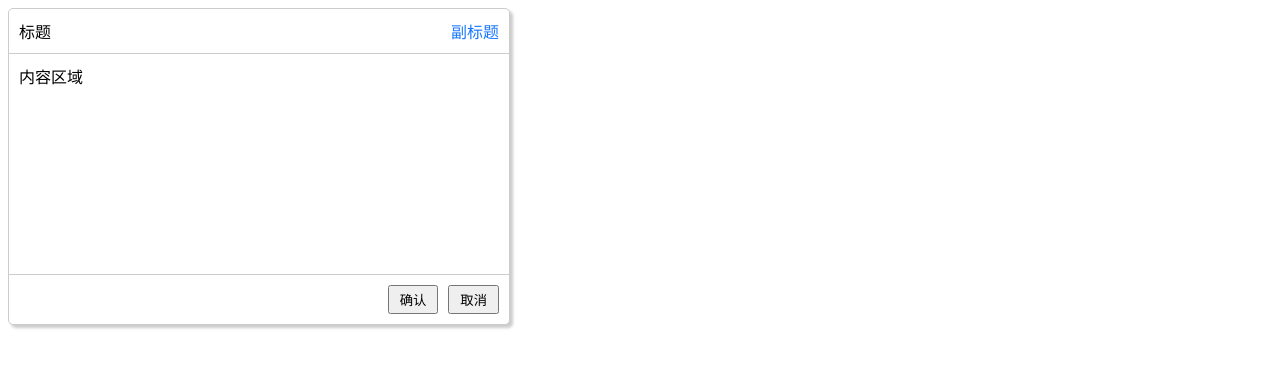
Repository: EDMZJJJ/learn-react
Page: /
The author's editor kept a copy of each file at every save. The page is drawn from the files as they stood at one save, then again after the next save.
The browser window is 1280 px wide. The pictures show the whole page.
The project was rebuilt for these pictures with package versions that can differ from the ones it lists, and the page was loaded fresh each time. Also part of the build but not shown: vite.config.ts.

Above is the page before, as saved 2026-03-10 22:35:56.

### index.html
<!doctype html>
<html lang="en">
  <head>
    <meta charset="UTF-8" />
    <link rel="icon" type="image/svg+xml" href="/vite.svg" />
    <meta name="viewport" content="width=device-width, initial-scale=1.0" />
    <title>learn-react</title>
  </head>
  <body>
    <div id="root"></div>
    <script type="module" src="/src/main.tsx"></script>
  </body>
</html>

### src/main.tsx
import { StrictMode } from 'react'
import { createRoot } from 'react-dom/client'
import App from './App.tsx'

createRoot(document.getElementById('root')!).render(     //挂载根组件，根组件在index.html中。!的意思是非空断言
  <StrictMode>
    <App />
  </StrictMode>,
)

### src/App.tsx
import Card from "./components/Card"
function App() {
  //所有hook都必须在组件的最顶层调用，不能在循环或条件语句中调用它。

  return (
    <>
      <Card></Card>
    </>
  )
}

export default App

### src/components/Card/index.tsx
import './index.css'

export default function Card() {
    return (
        <div className='card'>
            <header>
                <div>标题</div>
                <div>副标题</div>
            </header>
            <main>
                内容区域
            </main>
            <footer>
                 <button>确认</button>
                 <button>取消</button>
            </footer>
        </div>
    )
}

### src/components/Card/index.css
.card {
  background: white;
  border-radius: 5px;
  border: 1px solid #ccc;
  width: 500px;
  box-shadow: 3px 3px 3px #ccc;

  header {
    display: flex;
    justify-content: space-between;
    align-items: center;
    border-bottom: 1px solid #ccc;
    padding: 10px;

    div:last-child {
      color: #1677ff;
    }
  }

  main {
    min-height: 200px;
    border-bottom: 1px solid #ccc;
    padding: 10px;
  }
  footer {
    display: flex;
    justify-content: flex-end;
    align-items: center;
    padding: 10px;
    button {
      margin-left: 10px;
      padding: 3px 10px;
    }
  }
}

After the next save:
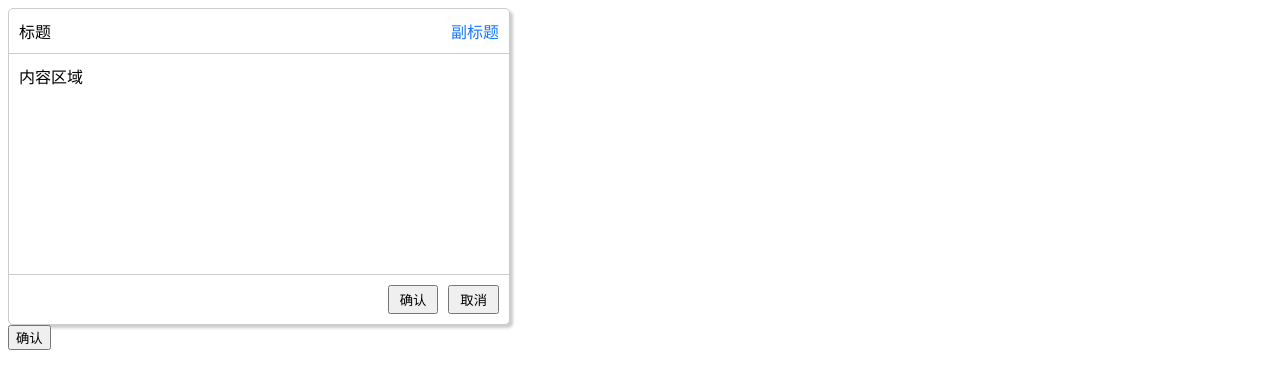
Saved 12 s later.
--- a/src/App.tsx
+++ b/src/App.tsx
@@ -5,6 +5,7 @@ function App() {
   return (
     <>
       <Card></Card>
+      <button onClick={() => window.onShow()}>确认</button>
     </>
   )
 }
